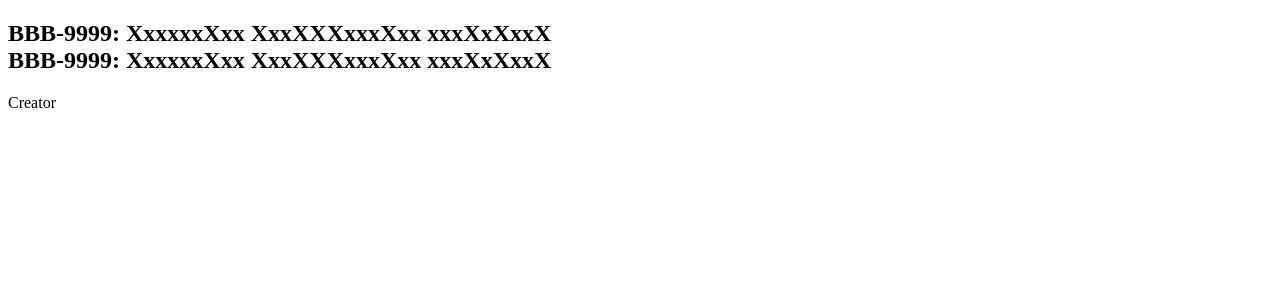
Repository: AnaBerlanda/PaginaFer
Page: index.html
The author's editor kept a copy of each file at every save. The page is drawn from the files as they stood at one save, then again after the next save.
The browser window is 1280 px wide. The pictures show the whole page.

Above is the page before, as saved 2022-05-20 14:26:44.

### index.html
<!DOCTYPE html>
<html lang="en">
<head>
    <meta charset="UTF-8">
    <meta http-equiv="X-UA-Compatible" content="IE=edge">
    <meta name="viewport" content="width=device-width, initial-scale=1.0">
    <title>Release</title>
</head>
<body>
    <h2>
        <strong>BBB-9999: XxxxxxXxx XxxXXXxxxXxx xxxXxXxxX</strong><br>
        BBB-9999: XxxxxxXxx XxxXXXxxxXxx xxxXxXxxX
    </h2>
    <div class="container">

    <div class="textos">
        <p class="creator">Creator</p>
    </div>

    </div>












</body>
</html>

After the next save:
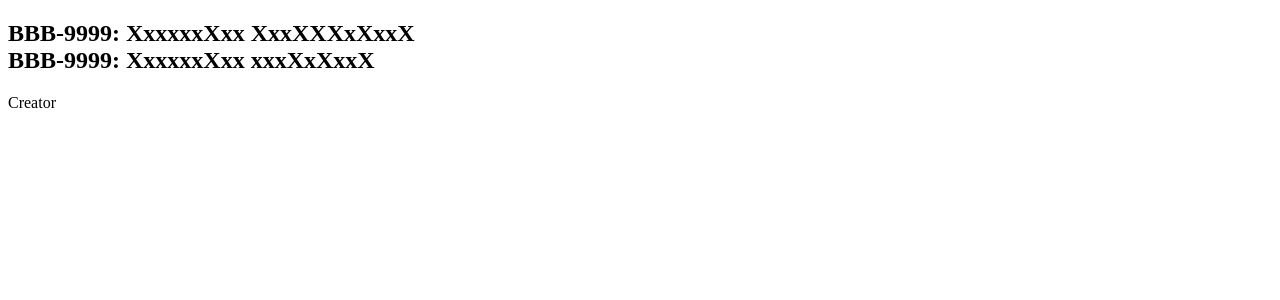
Saved 46 s later.
--- a/index.html
+++ b/index.html
@@ -8,8 +8,8 @@
 </head>
 <body>
     <h2>
-        <strong>BBB-9999: XxxxxxXxx XxxXXXxxxXxx xxxXxXxxX</strong><br>
-        BBB-9999: XxxxxxXxx XxxXXXxxxXxx xxxXxXxxX
+        <strong>BBB-9999: XxxxxxXxx XxxXXXxXxxX</strong><br>
+        BBB-9999: XxxxxxXxx xxxXxXxxX
     </h2>
     <div class="container">
 
